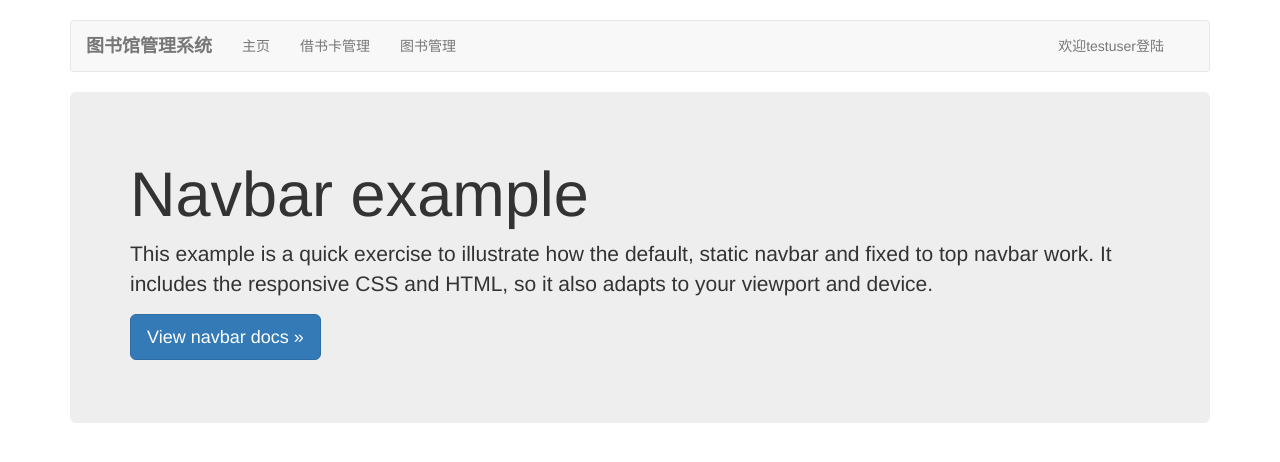
Repository: chaice/code
Page: http://localhost/web5/home
An editor plug-in stored every save of this project. The page is shown before and after the next save, followed by the edit.
The browser window is 1280 px wide. The pictures show the whole page.
Some web libraries are served in a nearby version. The page is served by Tomcat 9. The session is filled in as if someone had signed in: {"username": "testuser"}. Other server files are loaded and not shown.

Above is the page before, as saved 2016-06-01 08:20:26.

### web5/WebContent/WEB-INF/views/home.jsp
<%@ page language="java" contentType="text/html; charset=UTF-8"
	pageEncoding="UTF-8"%>
<!DOCTYPE html>
<html>
<head>
<meta charset="UTF-8">
<title>主页</title>
<%@ include file="head.jsp"%>
        <div class="jumbotron">
        <h1>Navbar example</h1>
        <p>This example is a quick exercise to illustrate how the default, static navbar and fixed to top navbar work. It includes the responsive CSS and HTML, so it also adapts to your viewport and device.</p>
        <p>
          <a class="btn btn-lg btn-primary" href="../../components/#navbar" role="button">View navbar docs &raquo;</a>
        </p>
      </div>
    </div>
    <script src="//cdn.bootcss.com/jquery/1.11.3/jquery.min.js"></script>
    <script src="//cdn.bootcss.com/bootstrap/3.3.5/js/bootstrap.min.js"></script>
<script>
	$("#nav>ul>li:nth-child(1)").addClass("active");
</script>
</body>
</html>

### web5/WebContent/WEB-INF/views/head.jsp
<%@ page language="java" contentType="text/html; charset=UTF-8"
	pageEncoding="UTF-8"%>
<link href="//cdn.bootcss.com/bootstrap/3.3.5/css/bootstrap.min.css"
	rel="stylesheet">
<style>
body {
	padding-top: 20px;
	padding-bottom: 20px;
}

.navbar {
	margin-bottom: 20px;
}
</style>
</head>

<body>
	<%
		String name = (String) session.getAttribute("username");
		if (name == null) {
			response.sendRedirect("/index.jsp");
		}
	%>
	<div class="container">
		<nav class="navbar navbar-default">
			<div class="container-fluid">
				<div class="navbar-header">
					<strong class="navbar-brand">图书馆管理系统</strong>
				</div>
				<div id="navbar" class="navbar-collapse collapse">
					<ul class="nav navbar-nav">
						<li><a href="/home">主页</a></li>
						<li><a href="/card">借书卡管理</a></li>
						<li><a href="/book">图书管理</a></li>
					</ul>
					<ol style="float:right" class="nav navbar-nav"><li><a>欢迎<%=name%>登陆</a></li></ol>
				</div>
				<div id="navbar" class="navbar-collapse collapse" ></div>
			</div>
		</nav>

### web5/src/com/ccit/myservlet/Home.java
package com.ccit.myservlet;

import java.io.IOException;
import javax.servlet.ServletException;
import javax.servlet.http.HttpServlet;
import javax.servlet.http.HttpServletRequest;
import javax.servlet.http.HttpServletResponse;

public class Home extends HttpServlet {
	private static final long serialVersionUID = 1L;

    public Home() {
        super();

    }


	protected void doGet(HttpServletRequest request, HttpServletResponse response) throws ServletException, IOException {
		request.getRequestDispatcher("/WEB-INF/views/home.jsp").forward(request, response);
	}



}

After the next save:
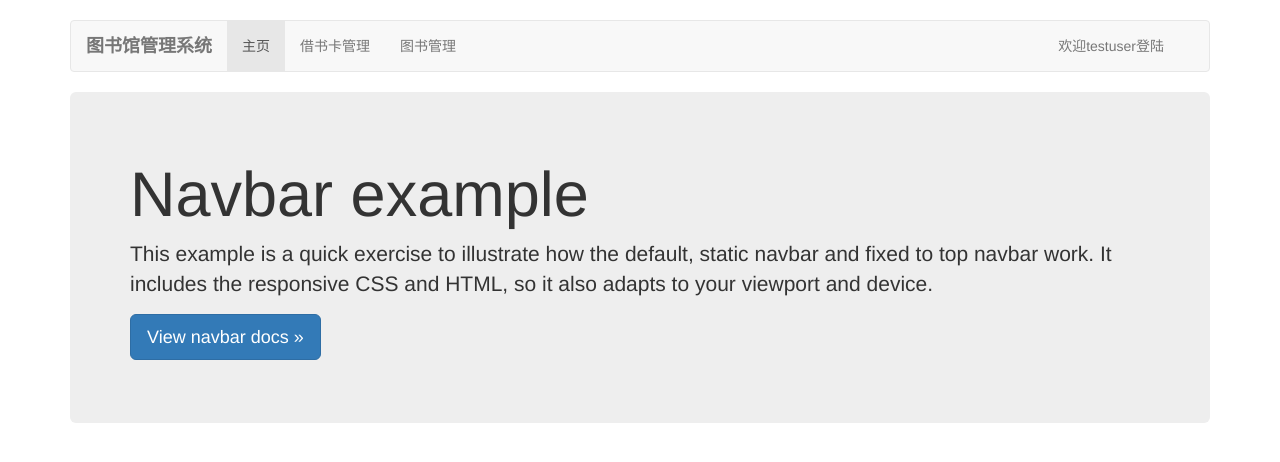
Saved 22 s later.
--- a/web5/WebContent/WEB-INF/views/home.jsp
+++ b/web5/WebContent/WEB-INF/views/home.jsp
@@ -17,7 +17,7 @@
     <script src="//cdn.bootcss.com/jquery/1.11.3/jquery.min.js"></script>
     <script src="//cdn.bootcss.com/bootstrap/3.3.5/js/bootstrap.min.js"></script>
 <script>
-	$("#nav>ul>li:nth-child(1)").addClass("active");
+	$("ul>li:nth-child(1)").addClass("active");
 </script>
 </body>
 </html>
